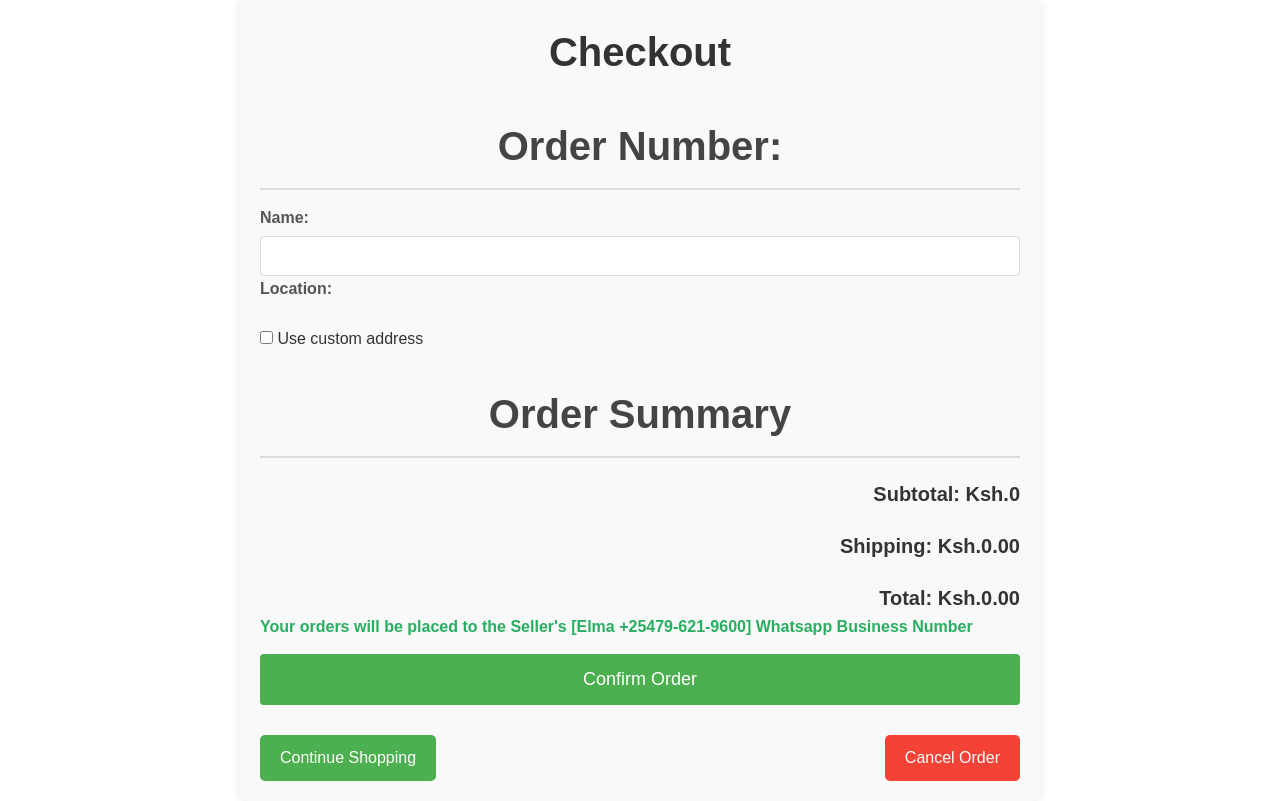
Repository: mrPractise/Elma-Shop
Page: http://localhost/checkout/
These files come from the project's save history. The page is drawn as it stood at one moment and after the next save; the edit follows.
The browser window is 1280 px wide. The pictures show the whole page.
Some web fonts or font styles are not loaded; a fallback is used. The page is served by the project's application, run on Django 5.2 (manage.py). Queries for data that is not in the repository find no rows.

Above is the page before, as saved 2024-09-29 17:19:33.

After the next save:
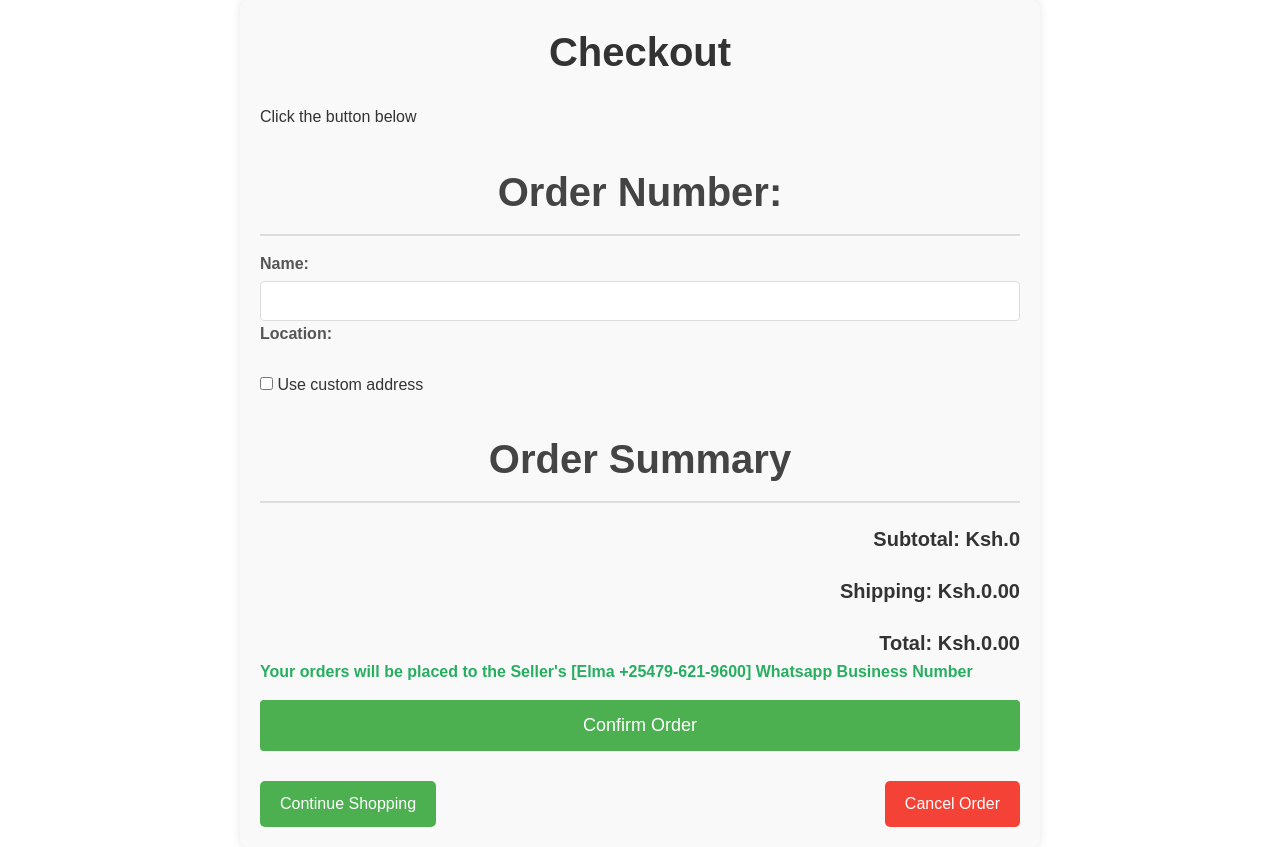
Saved 10 min 54 s later.
--- a/templates/checkout.html
+++ b/templates/checkout.html
@@ -4,6 +4,7 @@
 
 <div class="checkout-container">
     <h1>Checkout</h1>
+    <p>Click the button below</p>
     <h2>Order Number: {{ order_number }}</h2>
     <form method="post">
         {% csrf_token %}

After the save that followed:
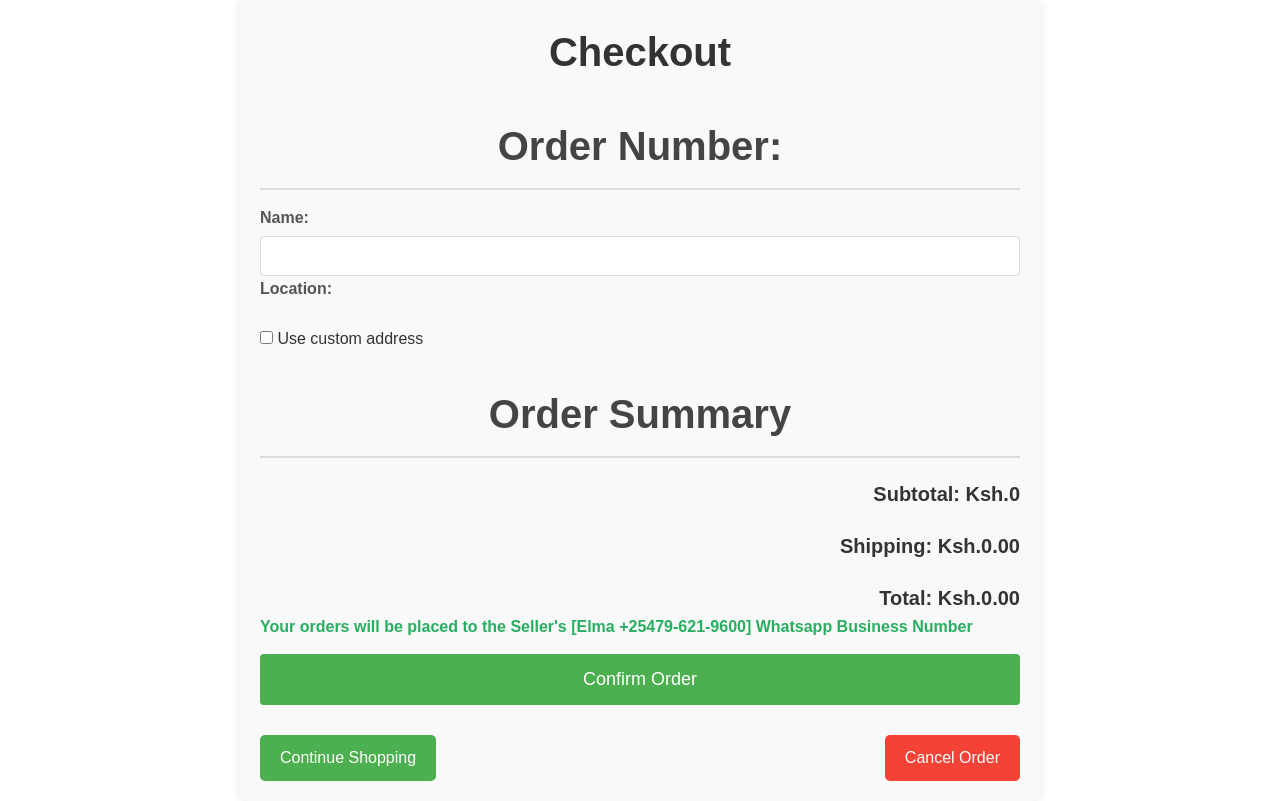
Saved 2 min 39 s later.
--- a/templates/checkout.html
+++ b/templates/checkout.html
@@ -4,7 +4,7 @@
 
 <div class="checkout-container">
     <h1>Checkout</h1>
-    <p>Click the button below</p>
+
     <h2>Order Number: {{ order_number }}</h2>
     <form method="post">
         {% csrf_token %}
